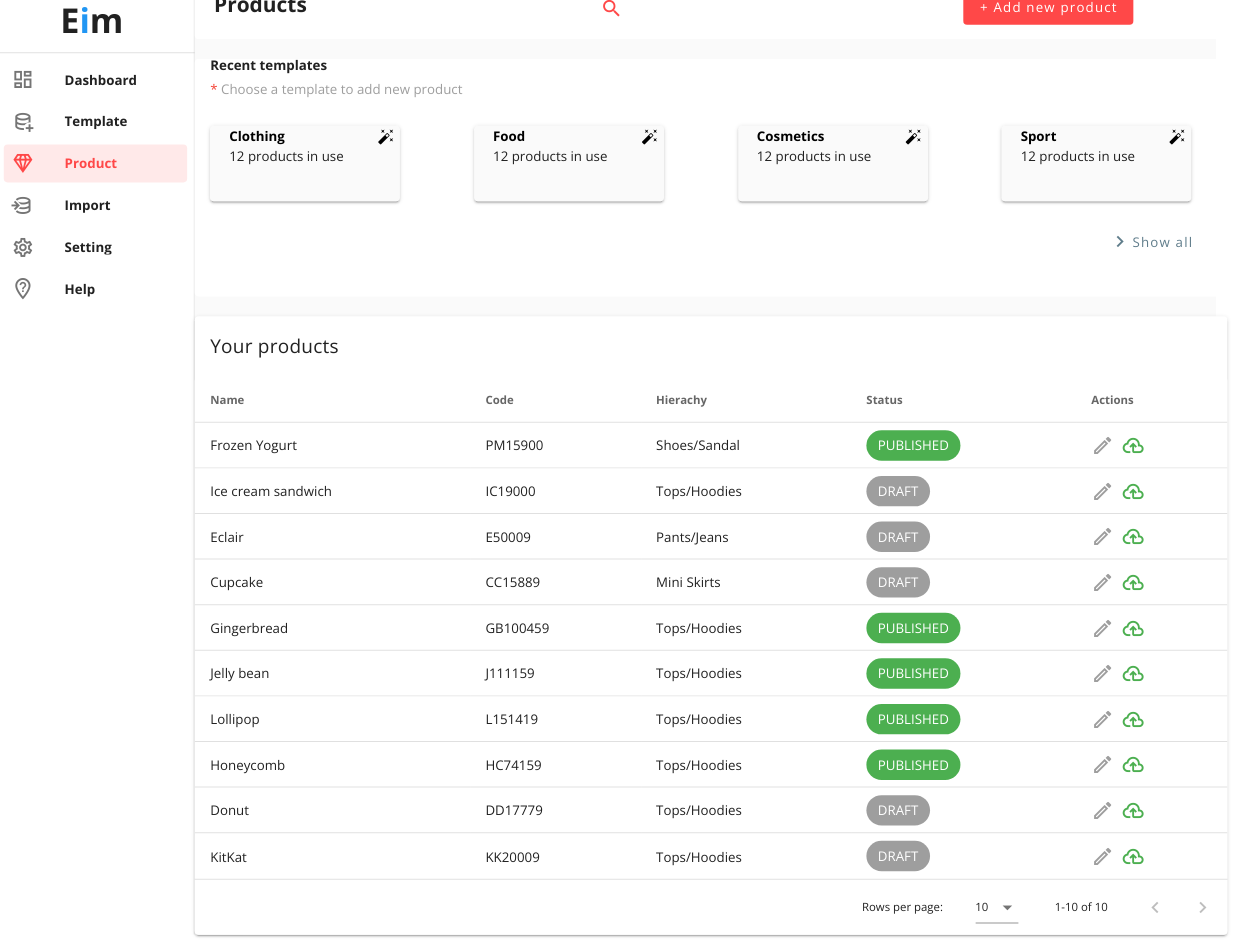
Repository: nguyenphuong152/pim-template
Page: /product
These files come from the project's save history. The page is drawn as it stood at one moment and after the next save; the edit follows.
The browser window is 1280 px wide. The page is 1316 px wide, then 1304 px, so the pictures cover 1316 px, including what lies to the right of the window. The pictures show the whole page, at 95% of full size.
The project was rebuilt for these pictures with package versions that can differ from the ones it lists, and the page was loaded fresh each time. Also part of the build but not shown: vue.config.js, src/views/Home.vue, src/components/Outcome_1/SearchTemplate.vue, src/components/Outcome_1/YourTemplate.vue, src/components/Outcome_1/ListComponent.vue, src/components/Outcome_1/AddInfo.vue, src/components/Outcome_1/AddDetail.vue, src/components/Outcome_1/ListComponentProgressive.vue and 18 more.

Above is the page before, as saved 2021-01-19 09:13:08.

### public/index.html
<!DOCTYPE html>
<html lang="en">
  <head>
    <meta charset="utf-8" />
    <meta http-equiv="X-UA-Compatible" content="IE=edge" />
    <meta name="viewport" content="width=device-width,initial-scale=1.0" />
    <link rel="icon" href="<%= BASE_URL %>favicon.ico" />
    <link rel="preconnect" href="https://fonts.gstatic.com" />
    <link rel="preconnect" href="https://fonts.gstatic.com" />
    <link rel="preconnect" href="https://fonts.gstatic.com" />
    <link
      href="https://fonts.googleapis.com/css2?family=Open+Sans:wght@300;400;600;700;800&display=swap"
      rel="stylesheet"
    />
    <link
      href="https://fonts.googleapis.com/css?family=Montserrat:300,400,500,600,700"
      rel="stylesheet"
    />
    <title><%= htmlWebpackPlugin.options.title %></title>
    <link
      rel="stylesheet"
      href="https://fonts.googleapis.com/css?family=Roboto:100,300,400,500,700,900"
    />
    <link
      rel="stylesheet"
      href="https://cdn.jsdelivr.net/npm/@mdi/font@latest/css/materialdesignicons.min.css"
    />
  </head>
  <body>
    <noscript>
      <strong
        >We're sorry but <%= htmlWebpackPlugin.options.title %> doesn't work
        properly without JavaScript enabled. Please enable it to
        continue.</strong
      >
    </noscript>
    <div id="app"></div>
    <!-- built files will be auto injected -->
  </body>
</html>

### src/main.js
import Vue from "vue";
import App from "./App.vue";
import router from "./router";
import "../sass/style.scss";
import vuetify from "./plugins/vuetify";
import store from "./store";
import { VueMaskDirective } from "v-mask";
Vue.directive("mask", VueMaskDirective);

Vue.config.productionTip = false;

new Vue({
  store,
  router,
  vuetify,
  render: (h) => h(App),
}).$mount("#app");

### src/App.vue
<template>
  <v-app v-bind:style="{ background: activeColor }">
    <v-card height="80" flat class="hidden-md-and-up align-baseline">
      <v-row style="height:0px">
        <v-col class="px-0" cols="3">
          <span class="logo text-start">
            E<span class="blue--text">i</span>m</span
          >
        </v-col>
        <v-col>
          <div class="text-end">
            <v-menu offset-y>
              <template v-slot:activator="{ on }">
                <v-app-bar-nav-icon v-on="on"></v-app-bar-nav-icon>
              </template>
              <v-list>
                <v-list-item
                  v-for="(item, index) in items"
                  :key="index"
                  :to="item.path"
                  color="blue"
                >
                  <v-list-item-title class="text-start">{{
                    item.title
                  }}</v-list-item-title>
                </v-list-item>
              </v-list>
            </v-menu>
          </div>
        </v-col>
      </v-row>
    </v-card>

    <v-row>
      <v-col cols="2" class="pa-0 hidden-xs-only">
        <v-navigation-drawer permanent width="220" class="hidden-xs-only">
          <v-list-item>
            <v-list-item-content>
              <v-list-item-title class="logo">
                E<span class="blue--text">i</span>m
              </v-list-item-title>
            </v-list-item-content>
          </v-list-item>

          <v-divider></v-divider>

          <v-list dense nav class="text-start pl-4">
            <v-list-item
              v-for="item in items"
              :key="item.title"
              :to="item.path"
              color="#FF4848"
            >
              <v-list-item-icon>
                <v-icon>{{ item.icon }}</v-icon>
              </v-list-item-icon>
              <v-list-item-content>
                <v-list-item-title class="template-title font-weight-bold ">{{
                  item.title
                }}</v-list-item-title>
              </v-list-item-content>
            </v-list-item>
          </v-list>
        </v-navigation-drawer>
      </v-col>
      <v-col class="pa-0">
        <router-view />
      </v-col>
    </v-row>
  </v-app>
</template>

<script>
export default {
  name: "App",
  components: {},
  watch: {
    $route(to) {
      document.title = `${to.meta.title}`;
    },
  },
  data() {
    return {
      clicked: false,
      activeColor: "#FAFAFA",
      items: [
        { title: "Dashboard", icon: "mdi-view-dashboard-outline", path: "" },
        {
          title: "Template",
          icon: "mdi-database-plus-outline",
          path: "/template",
        },
        { title: "Product", icon: "mdi-diamond-stone", path: "/product" },
        {
          title: "Import",
          icon: "mdi-database-import-outline",
          path: "/import",
        },

        { title: "Setting", icon: "mdi-cog-outline", path: "" },
        { title: "Help", icon: "mdi-map-marker-question-outline", path: "" },
      ],
      right: null,
    };
  },
};
</script>

### src/router/index.js
import Vue from "vue";
import VueRouter from "vue-router";
import Home from "../views/Home.vue";
import Template from "../views/Outcome_1/CreateProductTemplate.vue";
import Product from "../views/Outcome_2/Outcome_2_screen.vue";
import AddProduct from "../views/Outcome_2/AddProduct.vue";
import Import from "../views/Outcome_3/outcome3_screen.vue";

Vue.use(VueRouter);

const routes = [
  {
    path: "/",
    name: "Home",
    component: Home,
  },
  {
    path: "/template",
    name: "Template",
    component: Template,
    meta: {
      title: "Add Template",
    },
  },
  {
    path: "/product",
    name: "Product",
    component: Product,
    meta: {
      title: "Product",
    },
  },
  {
    path: "/addproduct/:name",
    name: "AddProduct",
    component: AddProduct,
    meta: {
      title: "Add Product",
    },
  },
  {
    path: "/import",
    name: "Import",
    component: Import,
    meta: {
      title: "Import",
    },
  },
  {
    path: "/about",
    name: "About",
    // route level code-splitting
    // this generates a separate chunk (about.[hash].js) for this route
    // which is lazy-loaded when the route is visited.
    component: () =>
      import(/* webpackChunkName: "about" */ "../views/About.vue"),
  },
];

const router = new VueRouter({
  mode: "history",
  base: process.env.BASE_URL,
  routes,
});

export default router;

### sass/style.scss
$font-primary: 'Open Sans',
sans-serif;

@import "~vuetify/src/styles/styles.sass";

$fontsize-content: 14px;
$fontsize-title: 24px;
$fontsize-logo:36px;
$fontsize-header:22px;
$fontsize-nav:20px;


#app {
  font-family: $font-primary;
   font-size:$fontsize-content;
  -webkit-font-smoothing: antialiased;
  -moz-osx-font-smoothing: grayscale;
  text-align: center;
  color: #2c3e50;
}

#nav {
  padding: 30px;
}

#nav a {
  font-weight: bold;
  color: #2c3e50;
}

#nav a.router-link-exact-active {
  color: #42b983;
}

.title {
  font: $font-primary !important;
  font-size: $fontsize-nav !important;
}

.logo {
  @extend .title;
  font-weight: 700 !important;
  font-size: $fontsize-logo !important;
}

.text-header {
  font: $font-primary !important;
  font-size: $fontsize-header !important;
  font-weight: 700;
}


.template-title {
  @extend .title;
  font-size: $fontsize-content !important;
}

### src/store/index.js
import Vue from "vue";
import Vuex from "vuex";

Vue.use(Vuex);

import state from "./state";
import * as getters from "./getters";
import * as mutations from "./mutations";
import * as actions from "./actions";

export default new Vuex.Store({
  state,
  getters,
  mutations,
  actions,
});

### src/views/Outcome_2/Outcome_2_screen.vue
<template>
  <div>
    <v-row>
      <v-col height="100%"
        ><Search />
        <br />
        <RecentTemplate />
        <br />
        <ListProduct
          :class="{
            'mx-6': $vuetify.breakpoint.smAndDown,
            'ma-0': $vuetify.breakpoint.mdAndUp,
          }"
        />
      </v-col>
    </v-row>
  </div>
</template>

<script>
import Search from "../../components/Outcome_2/SearchProduct";
import RecentTemplate from "../../components/Outcome_2/RecentTemplate";
import ListProduct from "../../components/Outcome_2/ListProduct";
export default {
  components: {
    Search,
    RecentTemplate,
    ListProduct,
  },
};
</script>

<style></style>

### src/store/state.js
export default {
  listNewComponent: [],

  basicInfo: [],
  textComponent: [],
  imageComponent: null,
  videoComponent: null,
  colorComponent: null,
  dateComponent: [],
  selectComponent: {
    selectionTitle: [],
  },
  listTemplate: [],
  customComponent: [],

  toogleRerenderComponent: 0,
  generateImage: 1,
};

### src/store/getters.js
export const listComponent = (state) => {
  return state.listNewComponent;
};

export const basicInfo = (state) => {
  return state.basicInfo;
};

export const textComponent = (state) => {
  return state.textComponent;
};
export const imageComponent = (state) => {
  return state.imageComponent;
};
export const videoComponent = (state) => {
  return state.videoComponent;
};
export const colorComponent = (state) => {
  return state.colorComponent;
};
export const dateComponent = (state) => {
  return state.dateComponent;
};
export const selectComponent = (state) => {
  return state.selectComponent;
};

export const key = (state) => {
  return state.toogleRerenderComponent;
};

export const listTemplate = (state) => {
  return state.listTemplate;
};

export const generateImage = (state) => {
  return state.generateImage;
};

### src/store/actions.js
export const addComponentToList = ({ commit }, { component }) => {
  commit("ADD_TO_LIST", { component });
};

export const deleteComponentFromList = ({ commit }, component) => {
  commit("DELETE_FROM_LIST", component);
};

export const addBasicInfoForTemplate = ({ commit }, { basicInfo }) => {
  commit("ADD_BASIC_INFO_FOR_TEMPLATE", basicInfo);
};

export const addTextComponentForTemplate = ({ commit }, { textComponent }) => {
  commit("ADD_TEXT_COMPONENT_FOR_TEMPLATE", textComponent);
};

export const addImageComponentForTemplate = ({ commit }, { countImage }) => {
  commit("ADD_IMAGE_COMPONENT_FOR_TEMPLATE", countImage);
};

export const addVideoComponentForTemplate = ({ commit }, { countVideo }) => {
  commit("ADD_VIDEO_COMPONENT_FOR_TEMPLATE", countVideo);
};

export const addColorComponentForTemplate = ({ commit }, { countColor }) => {
  commit("ADD_COLOR_COMPONENT_FOR_TEMPLATE", countColor);
};

export const addDateComponentForTemplate = ({ commit }, { dateComponent }) => {
  commit("ADD_DATE_COMPONENT_FOR_TEMPLATE", dateComponent);
};

export const addSelectComponentForTemplate = (
  { commit },
  { title, selections }
) => {
  commit("ADD_SELECT_COMPONENT_FOR_TEMPLATE", { title, selections });
};

export const rerenderComponent = ({ commit }) => {
  commit("RERENDER_COMPONENT");
};

export const generateImage = ({ commit }) => {
  commit("GENERATE_IMAGE");
};

export const deleteListTemplate = ({ commit }) => {
  commit("DELETE_LIST");
};

export const createTemplate = (
  { commit },
  {
    name,
    basicInfo,
    textComponent,
    imageComponent,
    videoComponent,
    colorComponent,
    dateComponent,
    selectComponent,
  }
) => {
  commit("CREATE_TEMPLATE", {
    name,
    basicInfo,
    textComponent,
    imageComponent,
    videoComponent,
    colorComponent,
    dateComponent,
    selectComponent,
  });
};

### src/components/Outcome_2/SearchProduct.vue
<template>
  <v-card class="text-start" height="65" flat>
    <v-row class="d-flex align-baseline">
      <v-col class="text-header pl-8">Products</v-col>
      <v-col>
        <v-icon color="#ff4848">
          mdi-magnify
        </v-icon></v-col
      >
      <v-col sm="8" md="3" class="pa-0 hidden-xs-only">
        <v-row class="align-baseline">
          <v-btn
            depressed
            color="#ff4848"
            class="white--text text-none font-weight-medium"
          >
            + Add new product</v-btn
          >
        </v-row>
      </v-col>
    </v-row>
  </v-card>
</template>

<script>
export default {
  methods: {},
};
</script>

<style></style>

### src/components/Outcome_2/RecentTemplate.vue
<template>
  <v-card :height="setHeight" width="100%" class="py-2" flat>
    <v-row class="align-baseline mx-4">
      <v-col class="py-0 text-start px-0" cols="9"
        ><span class="font-weight-bold">Recent templates</span>
      </v-col>
    </v-row>
    <v-row class="mx-4 my-4">
      <span class="grey--text"
        ><span class="red--text">* </span> Choose a template to add new
        product</span
      >
    </v-row>
    <v-row>
      <v-col v-for="(item, i) in items" :key="i" class="mx-4 " xs="6">
        <v-card
          color="#fafafa"
          :width="setWidthCard"
          height="80"
          @click="addProduct(item.name)"
        >
          <div class="d-flex child-flex justify-space-between">
            <v-row>
              <v-col class="text-start pl-8">
                <span class="template-title font-weight-bold black--text">{{
                  item.name
                }}</span>
                <br />
                <span class="font-weight-thin">{{ item.products }}</span>
              </v-col>
              <v-col cols="1">
                <v-icon color="black" size="18" @click="showAddTemplate()"
                  >mdi-auto-fix</v-icon
                >
              </v-col>
            </v-row>
          </div>
        </v-card>
      </v-col>
      <v-row class="align-baseline hidden-md-and-up">
        <v-col class="text-start pl-10">
          <v-btn outlined style="text-transform:none" color="blue"
            >Add template</v-btn
          >
        </v-col>
        <v-col cols="5">
          <v-dialog v-model="dialog" scrollable max-width="300px">
            <template v-slot:activator="{ on, attrs }">
              <v-btn
                color="blue-grey"
                dark
                v-bind="attrs"
                v-on="on"
                text
                style="text-transform:none"
              >
                <v-icon color="blue-grey"> mdi-chevron-right </v-icon>Show all
              </v-btn>
            </template>
            <v-card height="100%">
              <v-card-title>
                Your template
                <v-spacer></v-spacer>
                <v-icon color="red" @click="dialog = false"
                  >mdi-window-close</v-icon
                >
              </v-card-title>
              <v-divider></v-divider>
              <v-card-text style="height:500px;">
                <v-col v-for="(item, i) in templates" :key="i"
                  ><v-card color="#fafafa" @click="addProduct(item.name)">
                    <div class="d-flex flex-no-wrap justify-space-between">
                      <div>
                        <v-row>
                          <v-col class="text-start pl-8">
                            <span
                              class="template-title font-weight-bold black--text"
                              >{{ item.name }}</span
                            >
                            <br />
                            <span class="font-weight-thin">{{
                              item.products
                            }}</span>
                          </v-col>
                        </v-row>
                      </div>
                    </div>
                  </v-card></v-col
                ></v-card-text
              >
            </v-card>
          </v-dialog>
        </v-col>
      </v-row>
    </v-row>
    <v-row>
      <v-col cols="10" class="px-0"></v-col>
      <v-col class="px-0">
        <v-dialog v-model="dialog" scrollable max-width="300px">
          <template v-slot:activator="{ on, attrs }">
            <v-btn
              color="blue-grey"
              dark
              v-bind="attrs"
              v-on="on"
              text
              style="text-transform:none"
            >
              <v-icon color="blue-grey"> mdi-chevron-right </v-icon>Show all
            </v-btn>
          </template>
          <v-card height="100%">
            <v-card-title>
              Your template
              <v-spacer></v-spacer>
              <v-icon color="red" @click="dialog = false"
                >mdi-window-close</v-icon
              >
            </v-card-title>
            <v-divider></v-divider>
            <v-card-text style="height:500px;">
              <v-col v-for="(item, i) in templates" :key="i"
                ><v-card color="#fafafa" @click="addProduct(item.name)">
                  <div class="d-flex flex-no-wrap justify-space-between">
                    <div>
                      <v-row>
                        <v-col class="text-start pl-8">
                          <span
                            class="template-title font-weight-bold black--text"
                            >{{ item.name }}</span
                          >
                          <br />
                          <span class="font-weight-thin">{{
                            item.products
                          }}</span>
                        </v-col>
                      </v-row>
                    </div>
                  </div>
                </v-card></v-col
              ></v-card-text
            >
          </v-card>
        </v-dialog>
      </v-col>
    </v-row>
  </v-card>
</template>

<script>
export default {
  data: () => ({
    dialog: false,
    items: [
      {
        name: "Clothing",
        products: "12 products in use",
      },
      {
        name: "Food",
        products: "12 products in use",
      },
      {
        name: "Cosmetics",
        products: "12 products in use",
      },
      {
        name: "Sport",
        products: "12 products in use",
      },
    ],
    templates: [
      {
        name: "Clothing",
        products: "12 products in use",
      },
      {
        name: "Food",
        products: "12 products in use",
      },
      {
        name: "Cosmetics",
        products: "12 products in use",
      },
      {
        name: "Sport",
        products: "12 products in use",
      },
    ],
  }),
  methods: {
    addProduct(text) {
      this.$router.push({
        name: "AddProduct",
        params: { name: text },
      });
    },
  },
  created() {
    this.listTemplate = this.$store.getters.listTemplate;
    for (var i = 0; i < this.listTemplate.length; i++) {
      var element = {};
      element.name = this.listTemplate[i].name;
      element.products = "Add new product !";
      this.templates.unshift(element);
    }
  },
  computed: {
    setHeight() {
      if (
        this.$vuetify.breakpoint.name === "xs" ||
        this.$vuetify.breakpoint.name === "sm"
      ) {
        return 350;
      } else return 250;
    },
    setWidthCard() {
      if (
        this.$vuetify.breakpoint.name === "xs" ||
        this.$vuetify.breakpoint.name === "sm"
      ) {
        return 150;
      } else if (this.$vuetify.breakpoint.name === "md") {
        return 200;
      } else return 200;
    },
  },
};
</script>

<style></style>

### src/components/Outcome_2/ListProduct.vue
<template>
  <v-card>
    <v-card-title>
      Your products
    </v-card-title>
    <v-data-table :headers="headers" :items="desserts">
      <template v-slot:item.status="{ item }">
        <v-chip :color="getColor(item.status)" dark>
          {{ item.status }}
        </v-chip>
      </template>
      <template v-slot:item.actions="{ item }">
        <v-icon medium class="mr-2" @click="editItem(item)" color="grey">
          mdi-pencil-outline
        </v-icon>
        <v-icon medium @click="deleteItem(item)" color="green">
          mdi-cloud-upload-outline
        </v-icon>
      </template>
    </v-data-table>
  </v-card>
</template>

<script>
export default {
  data() {
    return {
      search: "",
      headers: [
        {
          text: "Name",
          align: "start",
          sortable: false,
          value: "name",
        },
        { text: "Code", value: "code" },
        { text: "Hierachy", value: "hierachy" },
        { text: "Status", value: "status" },
        { text: "Actions", value: "actions", sortable: false },
      ],
      desserts: [
        {
          name: "Frozen Yogurt",
          code: "PM15900",
          hierachy: "Shoes/Sandal",
          status: "PUBLISHED",
        },
        {
          name: "Ice cream sandwich",
          code: "IC19000",
          hierachy: "Tops/Hoodies",
          status: "DRAFT",
        },
        {
          name: "Eclair",
          code: "E50009",
          hierachy: "Pants/Jeans",
          status: "DRAFT",
        },
        {
          name: "Cupcake",
          code: "CC15889",
          hierachy: "Mini Skirts",
          status: "DRAFT",
        },
        {
          name: "Gingerbread",
          code: "GB100459",
          hierachy: "Tops/Hoodies",
          status: "PUBLISHED",
        },
        {
          name: "Jelly bean",
          code: "J111159",
          hierachy: "Tops/Hoodies",
          status: "PUBLISHED",
        },
        {
          name: "Lollipop",
          code: "L151419",
          hierachy: "Tops/Hoodies",
          status: "PUBLISHED",
        },
        {
          name: "Honeycomb",
          code: "HC74159",
          hierachy: "Tops/Hoodies",
          status: "PUBLISHED",
        },
        {
          name: "Donut",
          code: "DD17779",
          hierachy: "Tops/Hoodies",
          status: "DRAFT",
        },
        {
          name: "KitKat",
          code: "KK20009",
          hierachy: "Tops/Hoodies",
          status: "DRAFT",
        },
      ],
    };
  },
  methods: {
    getColor(status) {
      if (status === "DRAFT") return "grey";
      else return "green";
    },
  },
};
</script>

Loaded but not shown: src/plugins/vuetify.js (common file); src/store/mutations.js (113 lines, source omitted)

After the next save:
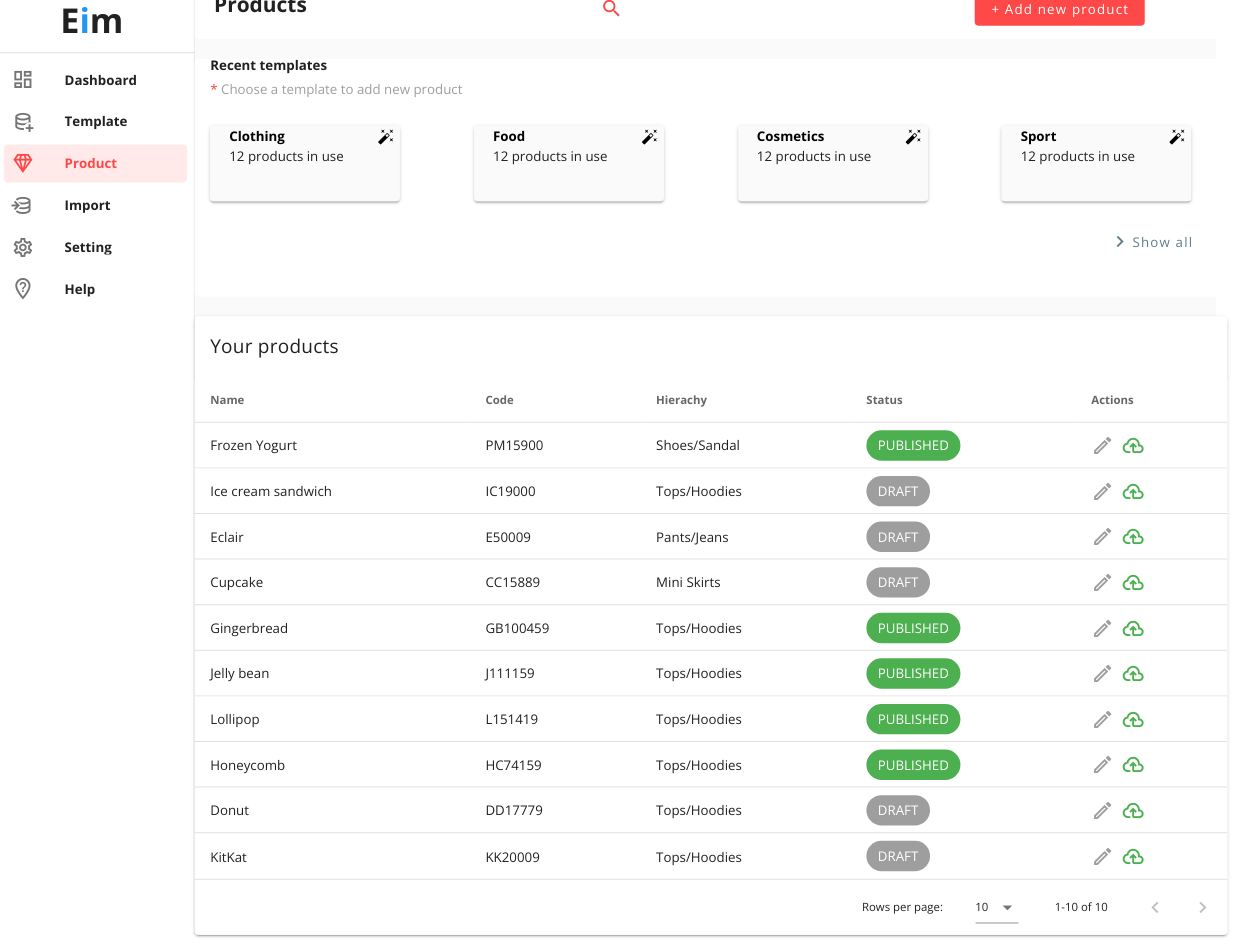
Saved 17 s later.
--- a/src/components/Outcome_2/SearchProduct.vue
+++ b/src/components/Outcome_2/SearchProduct.vue
@@ -8,15 +8,13 @@
         </v-icon></v-col
       >
       <v-col sm="8" md="3" class="pa-0 hidden-xs-only">
-        <v-row class="align-baseline">
-          <v-btn
-            depressed
-            color="#ff4848"
-            class="white--text text-none font-weight-medium"
-          >
-            + Add new product</v-btn
-          >
-        </v-row>
+        <v-btn
+          depressed
+          color="#ff4848"
+          class="white--text text-none font-weight-medium"
+        >
+          + Add new product</v-btn
+        >
       </v-col>
     </v-row>
   </v-card>
